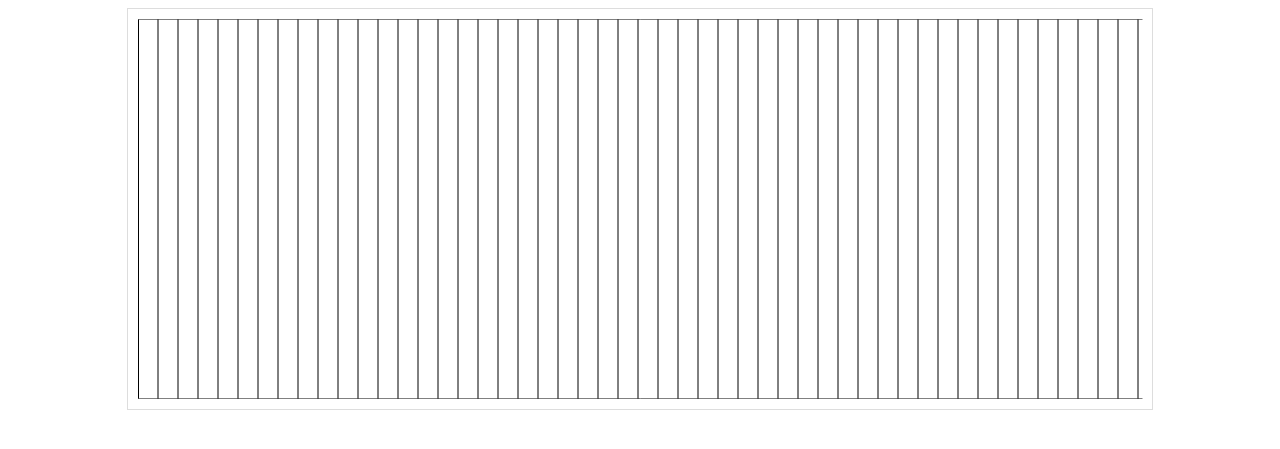
Repository: cw19931024/Demo
Page: canvas.html
The author's editor kept a copy of each file at every save. The page is drawn from the files as they stood at one save, then again after the next save.
The browser window is 1280 px wide. The pictures show the whole page.

Above is the page before, as saved 2017-07-26 18:04:47.

After the next save:
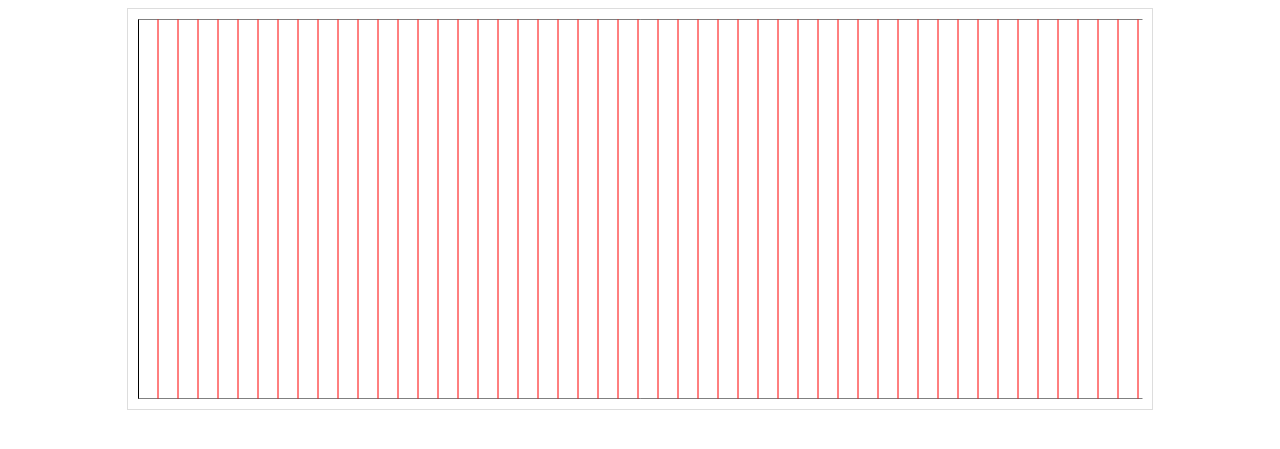
Saved 41 s later.
--- a/canvas.html
+++ b/canvas.html
@@ -53,6 +53,7 @@
     for (var i = 20; i < width; i+=20) {
         context.beginPath();
         context.lineWidth = 1;
+        context.strokeStyle='red';
         context.moveTo(i +10, height - padding - 10);
         context.lineTo(i +10, padding + 10);
         context.stroke();
